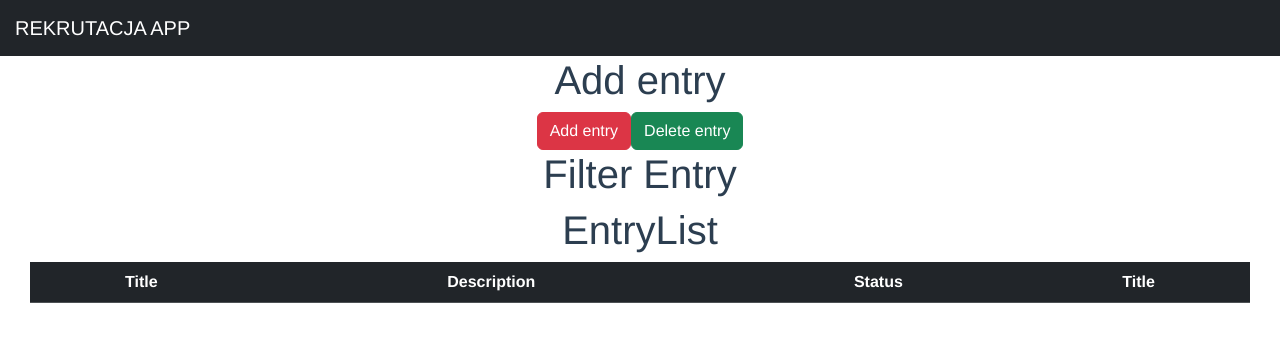
Repository: Madaless/vue_elastic
Page: / (app in vuejsapp/crudapp/)
An editor plug-in stored every save of this project. The page is shown before and after the next save, followed by the edit.
The browser window is 1280 px wide. The pictures show the whole page.
The page's requests for data from a server got no answer. The project was rebuilt for these pictures with package versions that can differ from the ones it lists, and the page was loaded fresh each time. No one was signed in, and anything a server would have sent is missing.

Above is the page before, as saved 2021-09-12 13:01:23.

After the next save:
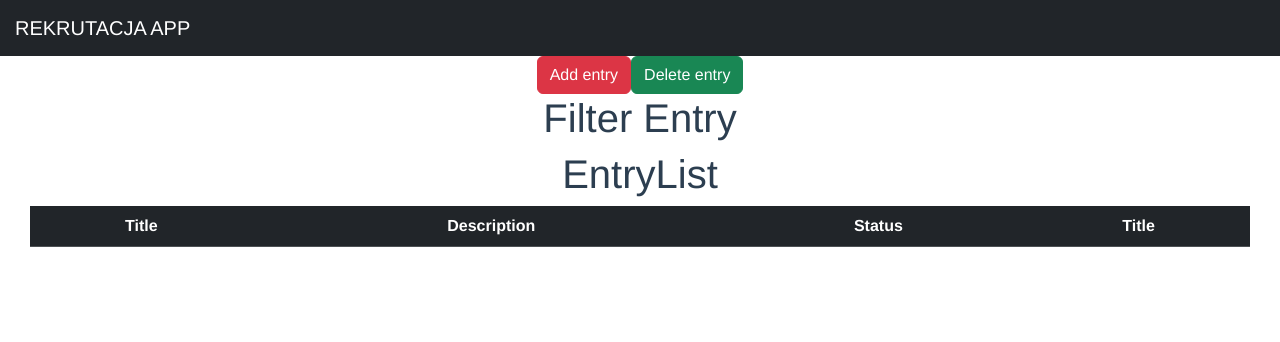
Saved 4 s later.
--- a/vuejsapp/crudapp/src/components/AddEntry.vue
+++ b/vuejsapp/crudapp/src/components/AddEntry.vue
@@ -1,6 +1,5 @@
 <template>
   <div>
-    <h1>Add entry</h1>
     <b-button variant="danger">Add entry</b-button>
     <b-button variant="success">Delete entry</b-button>
   </div>
